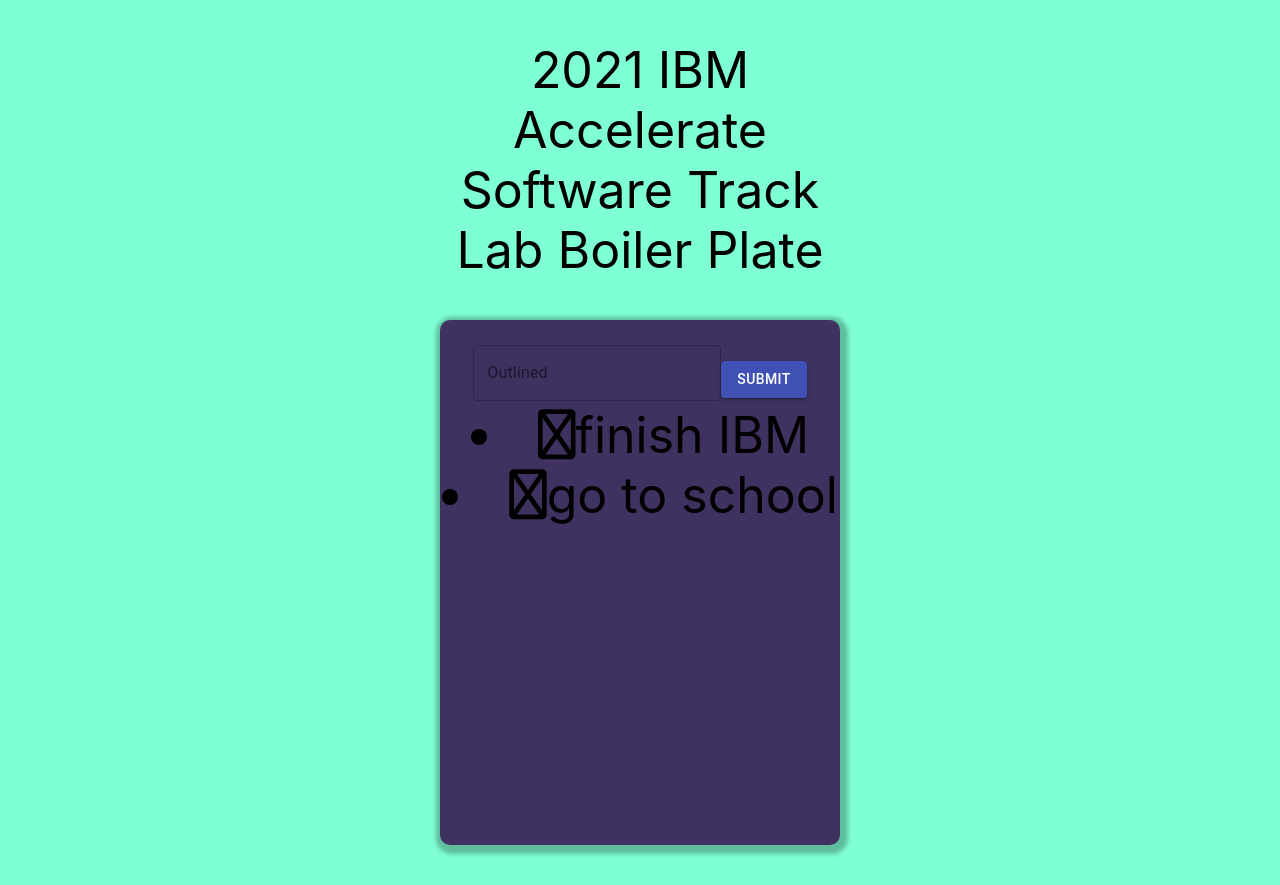
Repository: 2021-IBM-Accelerate-SW-Track/lab-1-team-34
Page: /
An editor plug-in stored every save of this project. The page is shown before and after the next save, followed by the edit.
The browser window is 1280 px wide. The pictures show the whole page.
Some web libraries are served in a nearby version. The project was rebuilt for these pictures with package versions that can differ from the ones it lists, and the page was loaded fresh each time.

Above is the page before, as saved 2021-06-13 16:50:30.

After the next save:
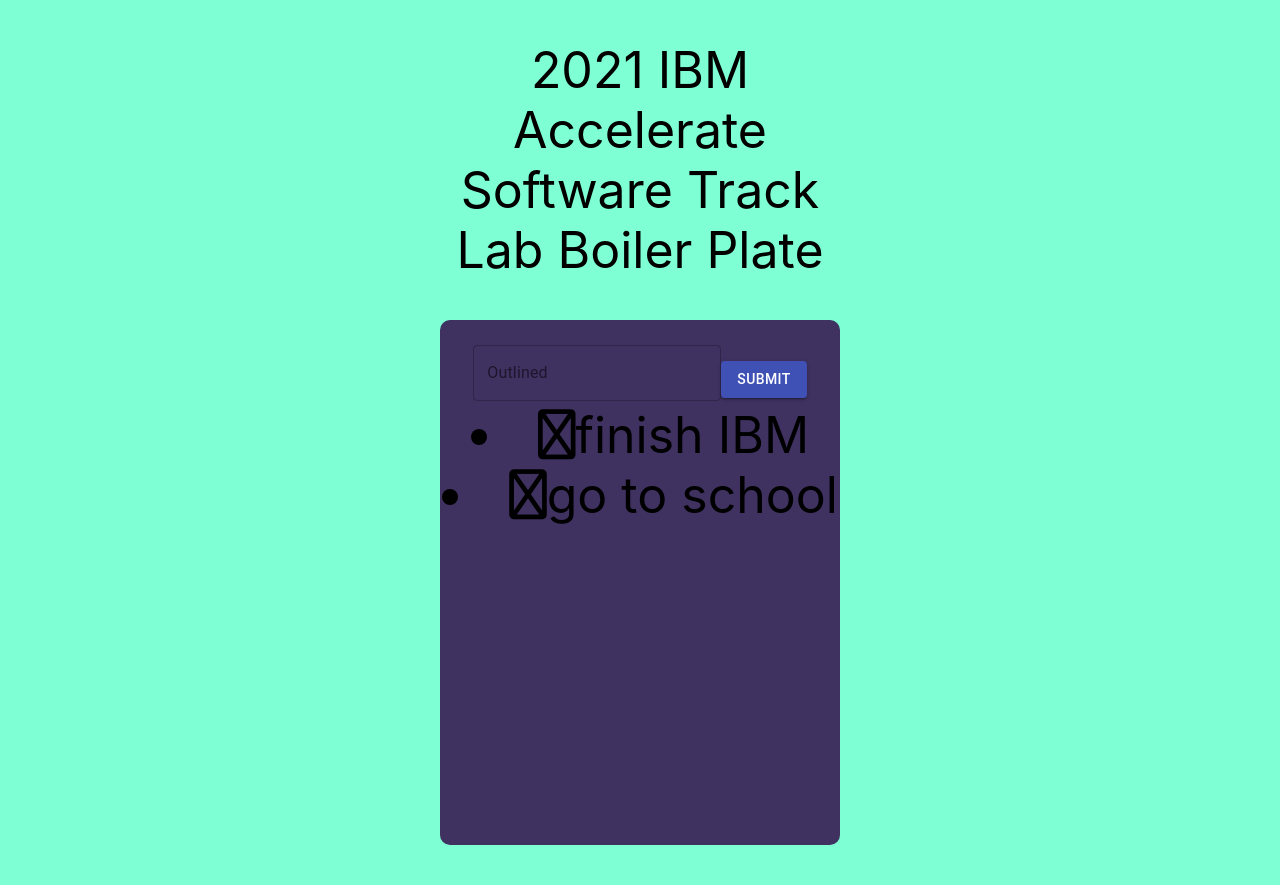
Saved 78 s later.
--- a/src/component/Input/input.css
+++ b/src/component/Input/input.css
@@ -5,7 +5,7 @@
   margin: 40px auto;
   padding-top: 25px;
   border-radius: 10px;
-  box-shadow: 2px 3px 4px 6px #00000042;
+  box-shadow: 2px 3px 4px 5px 6px #00000042;
 }
 .inputtext {
   background-color: #ffffff;

After the save that followed:
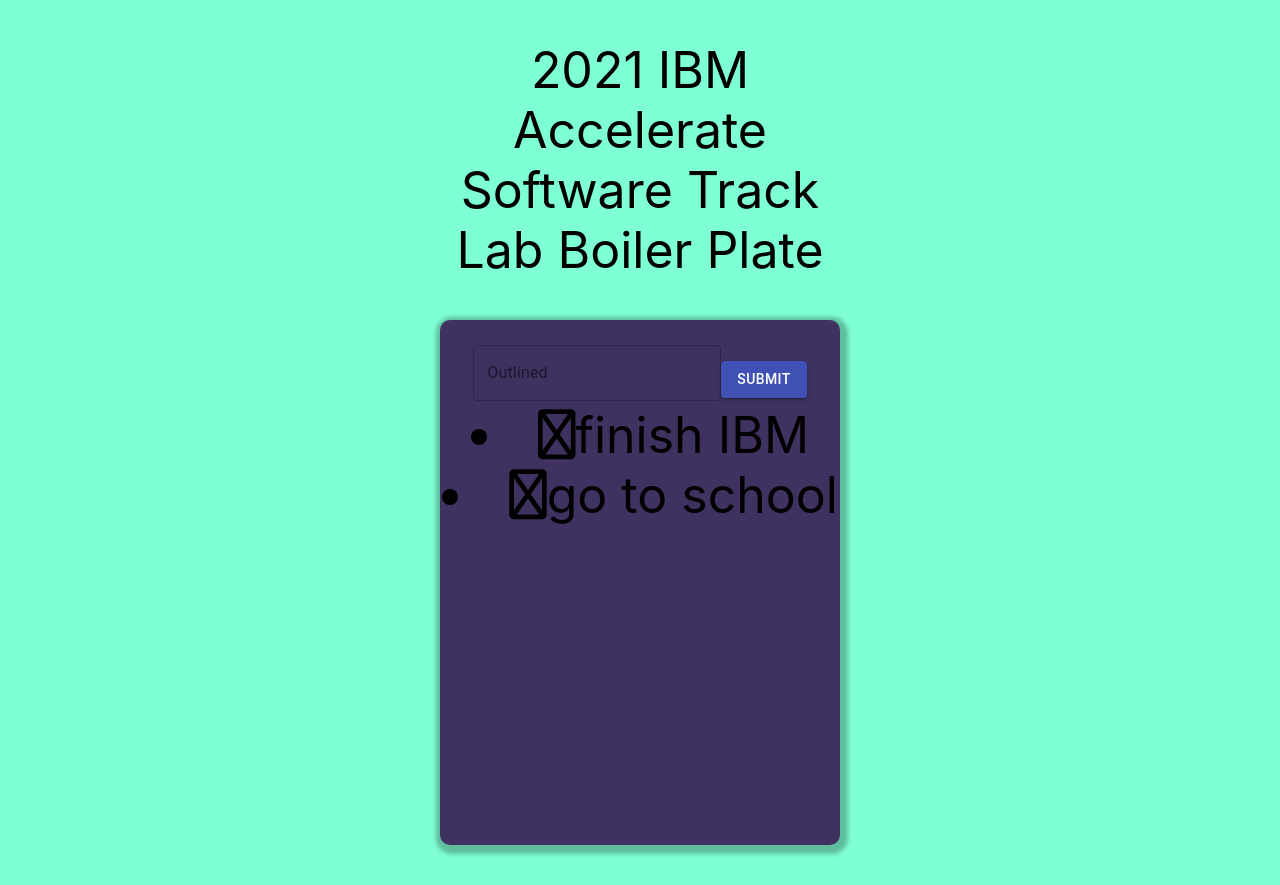
Saved 12 s later.
--- a/src/component/Input/input.css
+++ b/src/component/Input/input.css
@@ -5,7 +5,7 @@
   margin: 40px auto;
   padding-top: 25px;
   border-radius: 10px;
-  box-shadow: 2px 3px 4px 5px 6px #00000042;
+  box-shadow: 2px 3px 4px 6px #00000042;
 }
 .inputtext {
   background-color: #ffffff;
